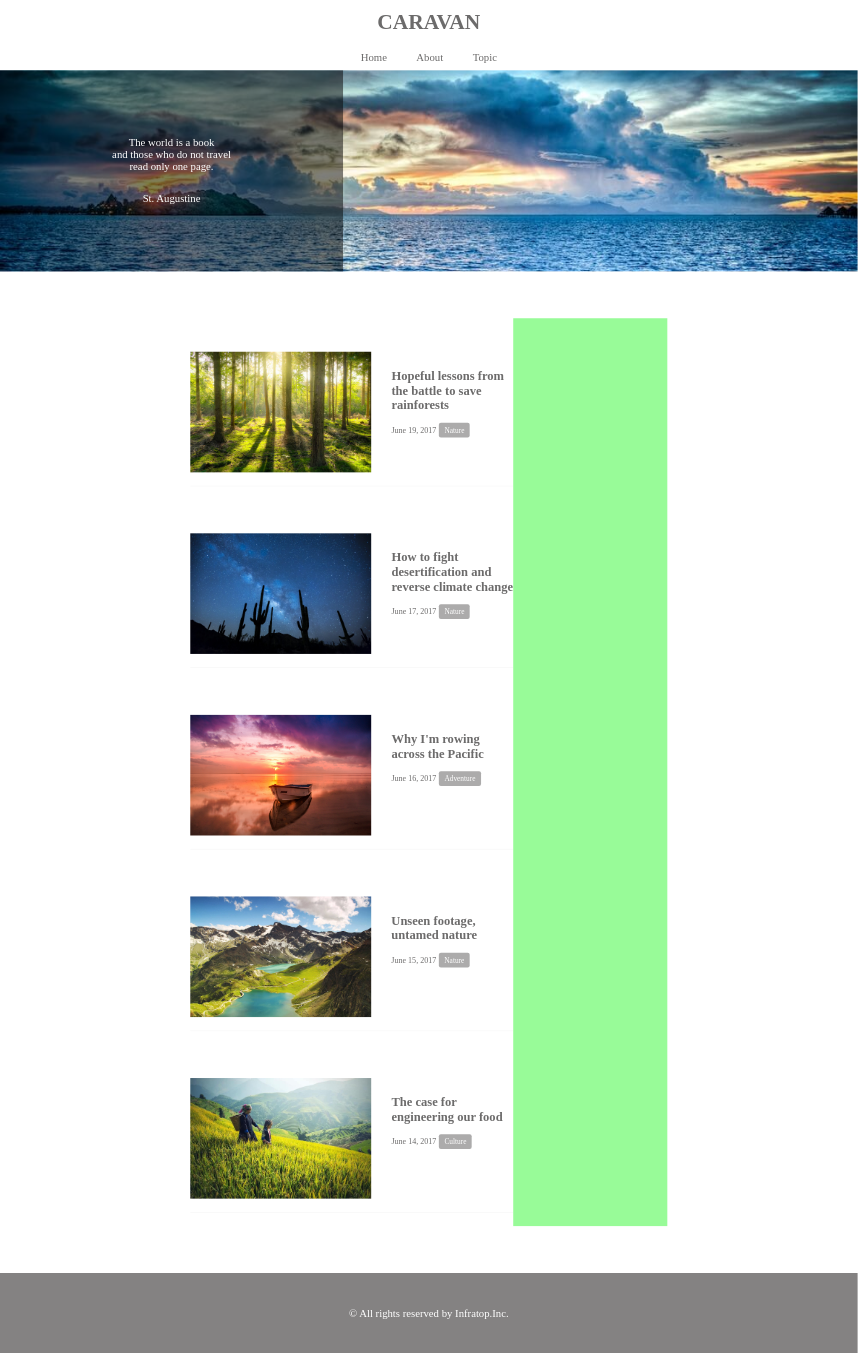
Repository: rascalNoShippo/git-practice
Page: caravan/index.html
The author's editor kept a record of every edit. The page is drawn from the files as they stood at one moment, then again after the next edit.
The browser window is 1280 px wide. The pictures show the whole page, at 67% of full size.

Above is the page before.

After the next edit:
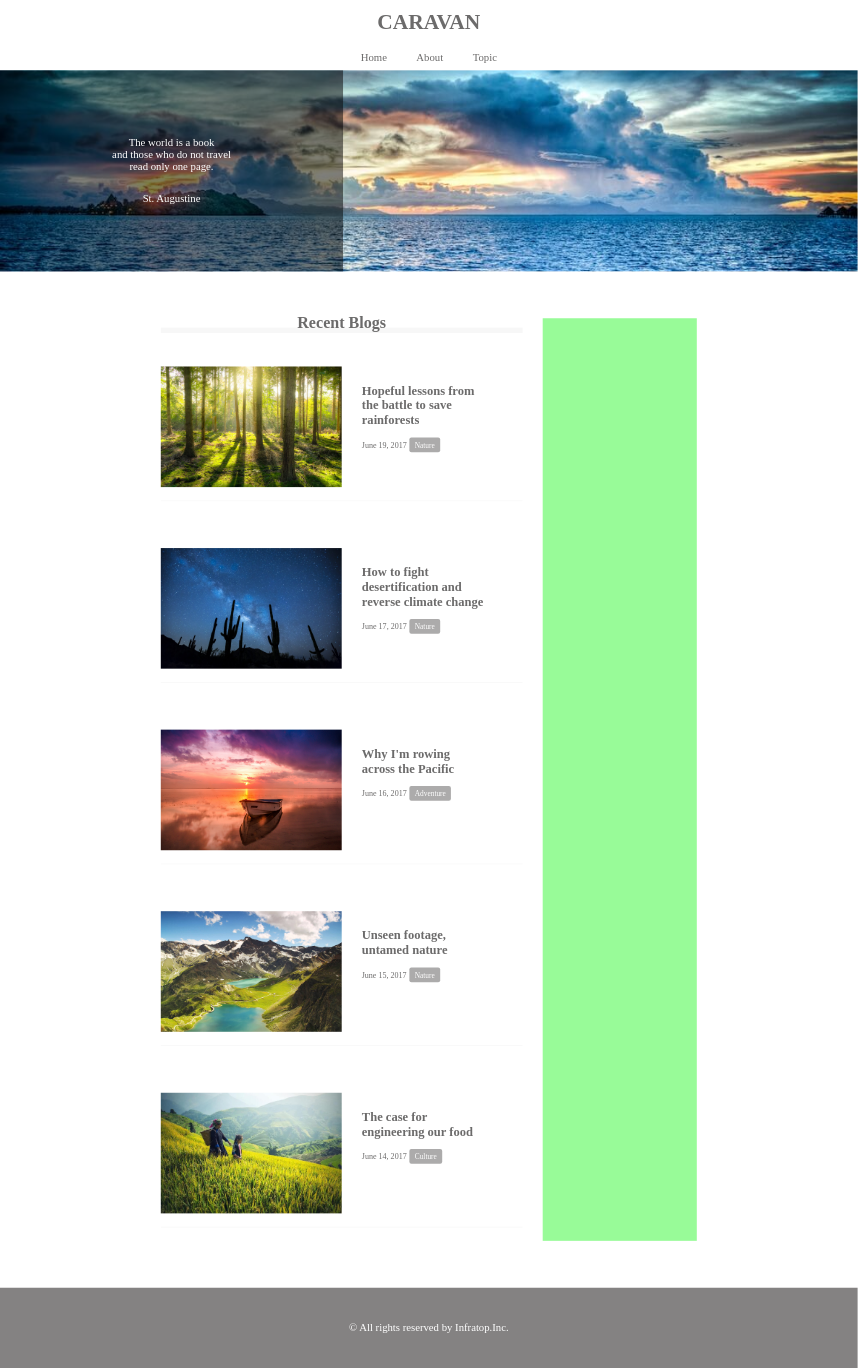
The edit:
--- a/caravan/index.html
+++ b/caravan/index.html
@@ -34,6 +34,8 @@
       </div>
     </div>
     <main>
+      <section class="blog">
+        <h2 class="blog-heading">Recent Blogs</h2>
         <div class="blog-box">
           <div class="blog-item">
             <img class="blog-image" src="image/forest.jpg" />
